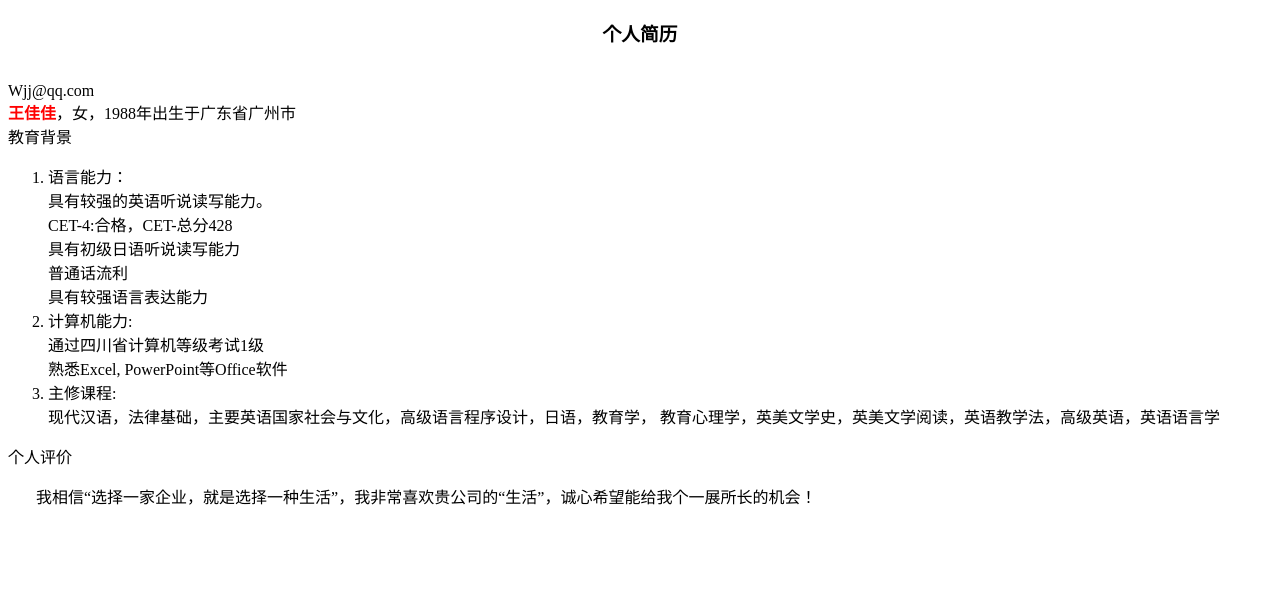
Repository: sheep9590/Test
Page: http://localhost/Prj03/
These files come from the project's save history. The page is drawn as it stood at one moment and after the next save; the edit follows.
The browser window is 1280 px wide. The pictures show the whole page.
The page is served by Tomcat 9.

Above is the page before, as saved 2021-09-02 15:49:24.

### eclipse-workspace/Prj03/WebRoot/index.jsp
<%@ page language="java" contentType="text/html; charset=UTF-8"
    pageEncoding="UTF-8"%>
<!DOCTYPE html>
<html>
<head>
<meta charset="UTF-8">
<title>我的第一个 HTML 页面</title>
</head>
<body>
<h3 align="center">个人简历</h3><br>
Wjj@qq.com<br>
<font color="#FF0000" face="仿宋_GB2312" size="3"><b>王佳佳</b></font>，女，1988年出生于广东省广州市<br>
教育背景
<ol>
<li>语言能力：<br>具有较强的英语听说读写能力。<br>CET-4:合格，CET-总分428<br>具有初级日语听说读写能力<br>普通话流利<br>
具有较强语言表达能力 </li>
<li>计算机能力:<br>通过四川省计算机等级考试1级<br>熟悉Excel, PowerPoint等Office软件</li>
<li>主修课程:<br>现代汉语，法律基础，主要英语国家社会与文化，高级语言程序设计，日语，教育学， 教育心理学，英美文学史，英美文学阅读，英语教学法，高级英语，英语语言学</li>
</ol>
个人评价
<p>&nbsp;&nbsp;&nbsp;&nbsp;&nbsp;&nbsp;&nbsp;我相信“选择一家企业，就是选择一种生活”，我非常喜欢贵公司的“生活”，诚心希望能给我个一展所长的机会！</p>
</body>
</html>

After the next save:
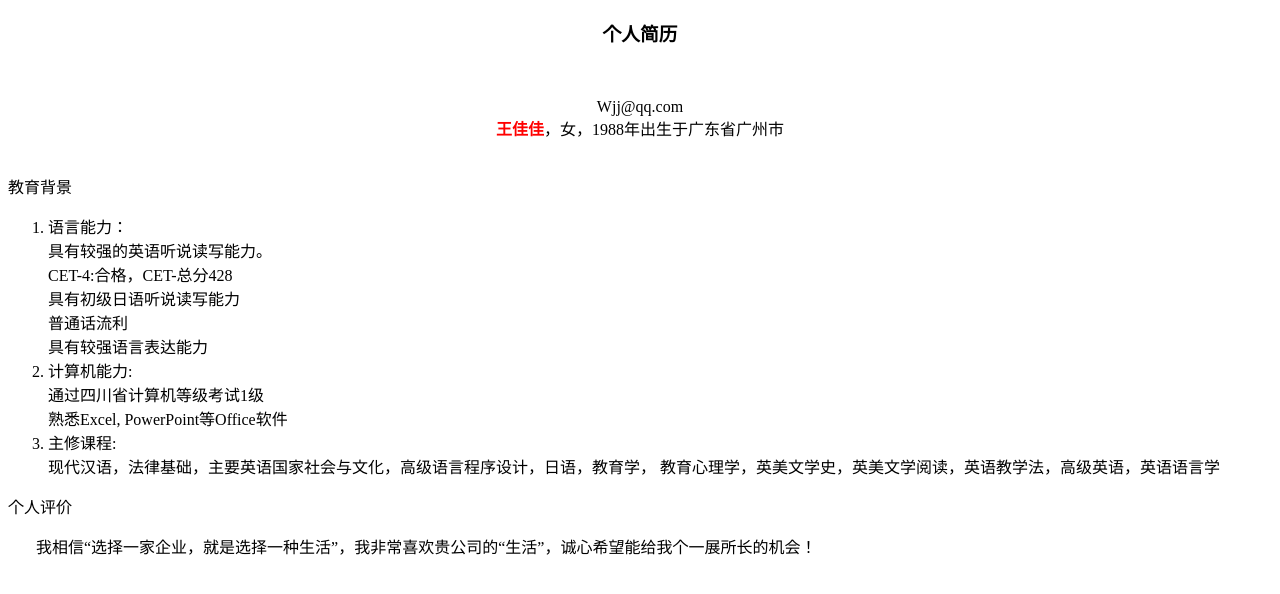
Saved 5 min 1 s later.
--- a/eclipse-workspace/Prj03/WebRoot/index.jsp
+++ b/eclipse-workspace/Prj03/WebRoot/index.jsp
@@ -8,8 +8,8 @@
 </head>
 <body>
 <h3 align="center">个人简历</h3><br>
-Wjj@qq.com<br>
-<font color="#FF0000" face="仿宋_GB2312" size="3"><b>王佳佳</b></font>，女，1988年出生于广东省广州市<br>
+<p align="center">Wjj@qq.com<br>
+<font color="#FF0000" face="仿宋_GB2312" size="3"><b>王佳佳</b></font>，女，1988年出生于广东省广州市</p><br>
 教育背景
 <ol>
 <li>语言能力：<br>具有较强的英语听说读写能力。<br>CET-4:合格，CET-总分428<br>具有初级日语听说读写能力<br>普通话流利<br>
